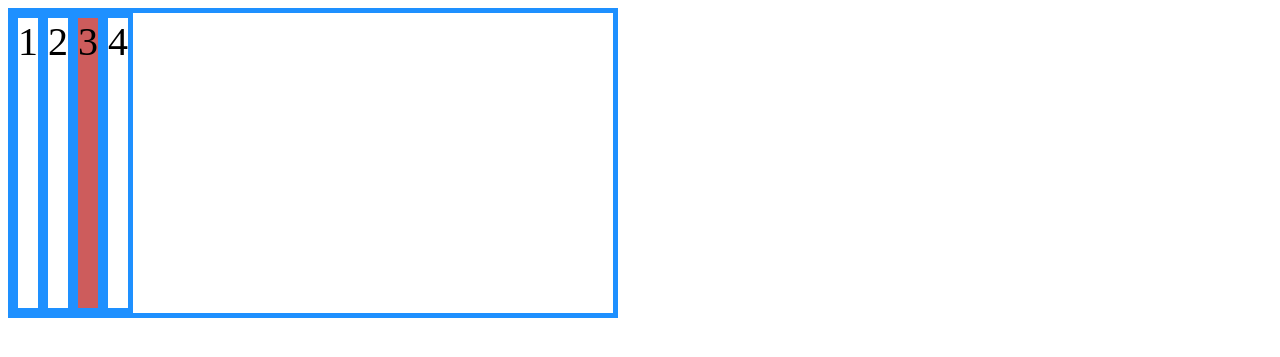
Repository: eversonps/flexbox-grid-css
Page: flexbox/flexbox2.html
An editor plug-in stored every save of this project. The page is shown before and after the next save, followed by the edit.
The browser window is 1280 px wide. The pictures show the whole page.

Above is the page before, as saved 2022-03-23 15:40:23.

### flexbox/flexbox2.html
<!DOCTYPE html>
<html>

<head>
    <meta charset="UTF-8">
    <title>Flexbox #02</title>
    <style>
        div {
            border: solid 5px dodgerblue;
            font-size: 40px;
        }

        .flex-container div {
            box-sizing: border-box;
        }

        .flex-container{
            display: flex;
            height: 300px;
            width: 600px;
        }

        .flex-container div:nth-child(3){
            background-color: indianred;
        }
    </style>
</head>

<body>
    <div class="flex-container">
        <div>1</div>
        <div>2</div>
        <div>3</div>
        <div>4</div>
    </div>
</body>

</html>

After the next save:
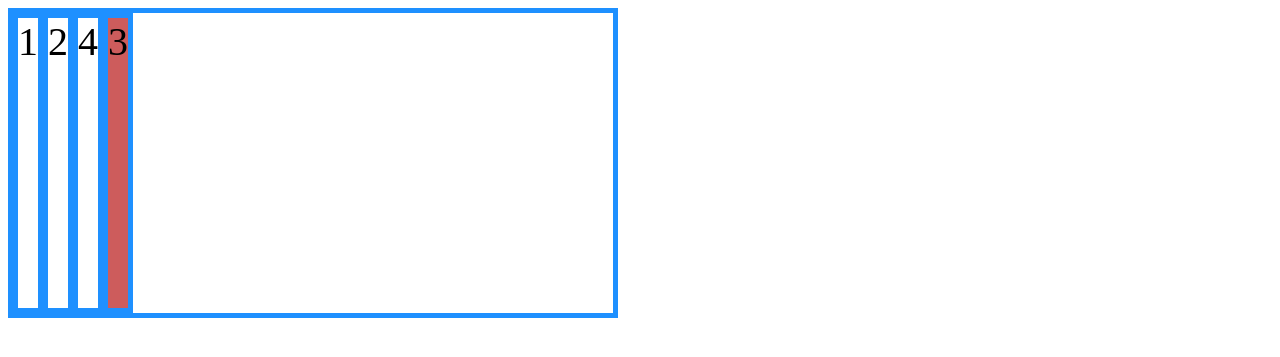
Saved 38 s later.
--- a/flexbox/flexbox2.html
+++ b/flexbox/flexbox2.html
@@ -22,6 +22,7 @@
 
         .flex-container div:nth-child(3){
             background-color: indianred;
+            order: 1;
         }
     </style>
 </head>

After the save that followed:
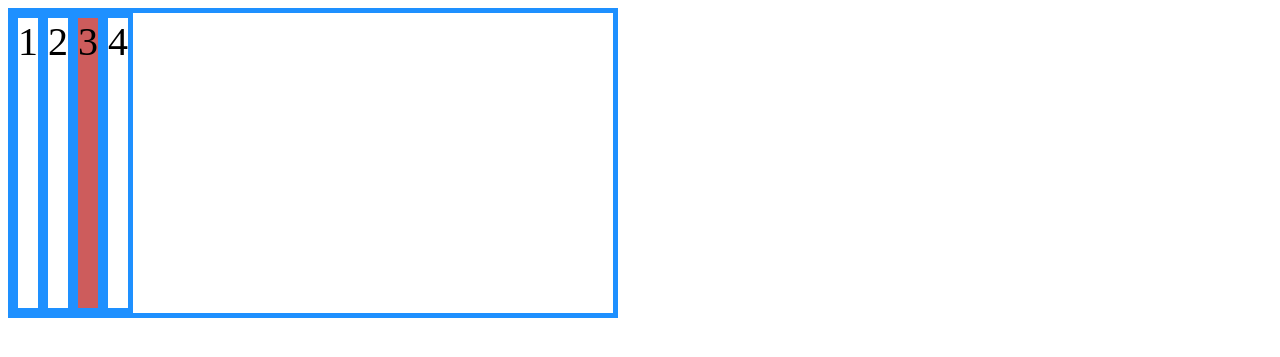
Saved 9 s later.
--- a/flexbox/flexbox2.html
+++ b/flexbox/flexbox2.html
@@ -23,6 +23,7 @@
         .flex-container div:nth-child(3){
             background-color: indianred;
             order: 1;
+            order: 0;
         }
     </style>
 </head>
